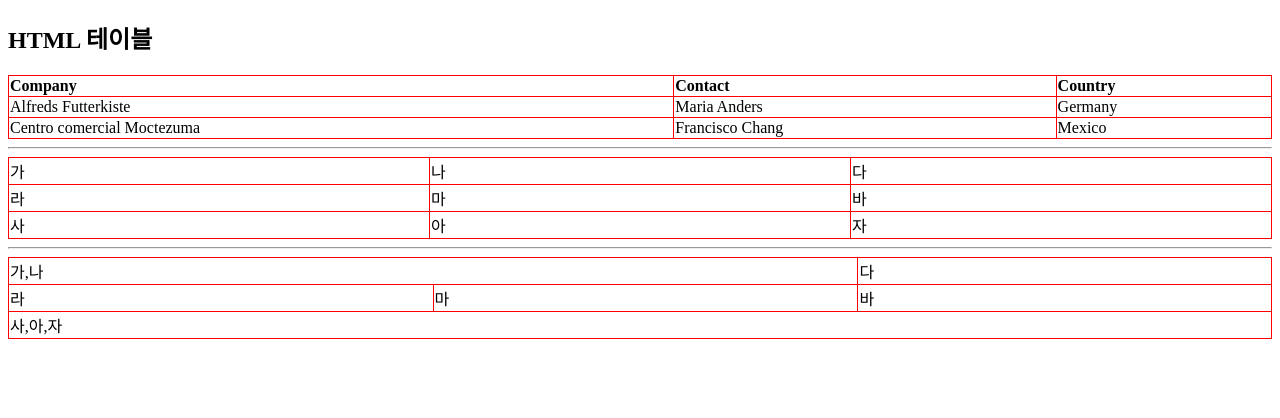
Repository: start-ha/MSA_EDU
Page: WEB/WebFront/WebLabs/Web/src/main/webapp/Ex06_Table.html
These files come from the project's save history. The page is drawn as it stood at one moment and after the next save; the edit follows.
The browser window is 1280 px wide. The pictures show the whole page.

Above is the page before, as saved 2025-09-16 06:59:45.

### WEB/WebFront/WebLabs/Web/src/main/webapp/Ex06_Table.html
<!DOCTYPE html>
<html>
<head>
<meta charset="UTF-8">
<title>Insert title here</title>
<style type="text/css">
	table{width: 100%; border-collapse: collapse;}
	th,td{
		border: 1px solid red;
		text-align: left;
		}
</style>
</head>
<body>
<h2>HTML 테이블</h2>

<table style="width:100%">
  <tr>
    <th>Company</th>
    <th>Contact</th>
    <th>Country</th>
  </tr>
  <tr>
    <td>Alfreds Futterkiste</td>
    <td>Maria Anders</td>
    <td>Germany</td>
  </tr>
  <tr>
    <td>Centro comercial Moctezuma</td>
    <td>Francisco Chang</td>
    <td>Mexico</td>
  </tr>
</table>
<hr>
<table>
	<tr><td>가</td><td>나</td><td>다</td></tr>
	<tr><td>라</td><td>마</td><td>바</td></tr>
	<tr><td>사</td><td>아</td><td>자</td></tr>
</table>
<hr>
<table>
	<tr><td colspan="2">가,나</td><td>다</td></tr> <!-- 컬럼 병합 colspan -->
	<tr><td>라</td><td>마</td><td>바</td></tr>
	<tr><td colspan="3">사,아,자</td></tr>
</table>

</body>
</html>

After the next save:
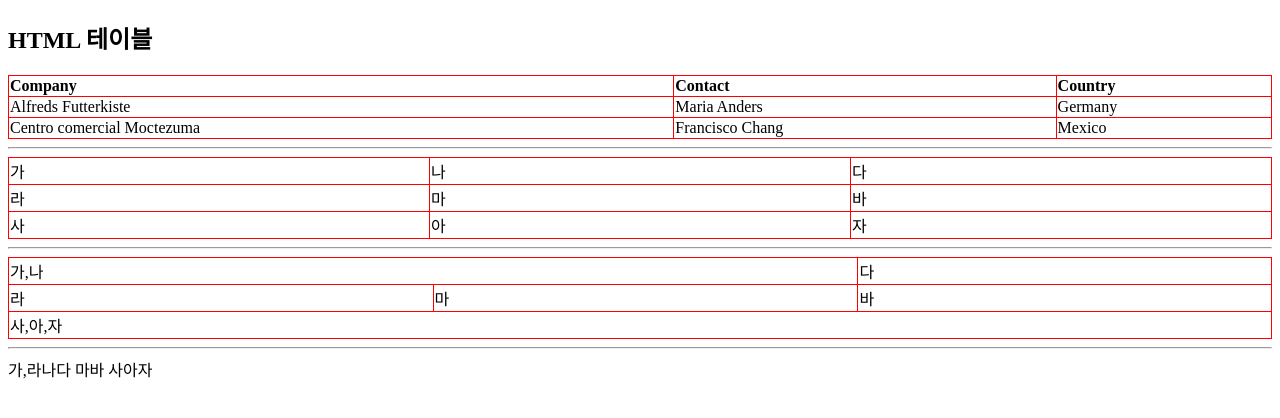
Saved 66 s later.
--- a/WEB/WebFront/WebLabs/Web/src/main/webapp/Ex06_Table.html
+++ b/WEB/WebFront/WebLabs/Web/src/main/webapp/Ex06_Table.html
@@ -43,6 +43,9 @@
 	<tr><td>라</td><td>마</td><td>바</td></tr>
 	<tr><td colspan="3">사,아,자</td></tr>
 </table>
-
+<hr>
+	<tr><td rowspan="2">가,라</td><td>나</td><td>다</td></tr>
+	<tr><td>마</td><td>바</td></tr>
+	<tr><td>사</td><td>아</td><td>자</td></tr>
 </body>
 </html>
